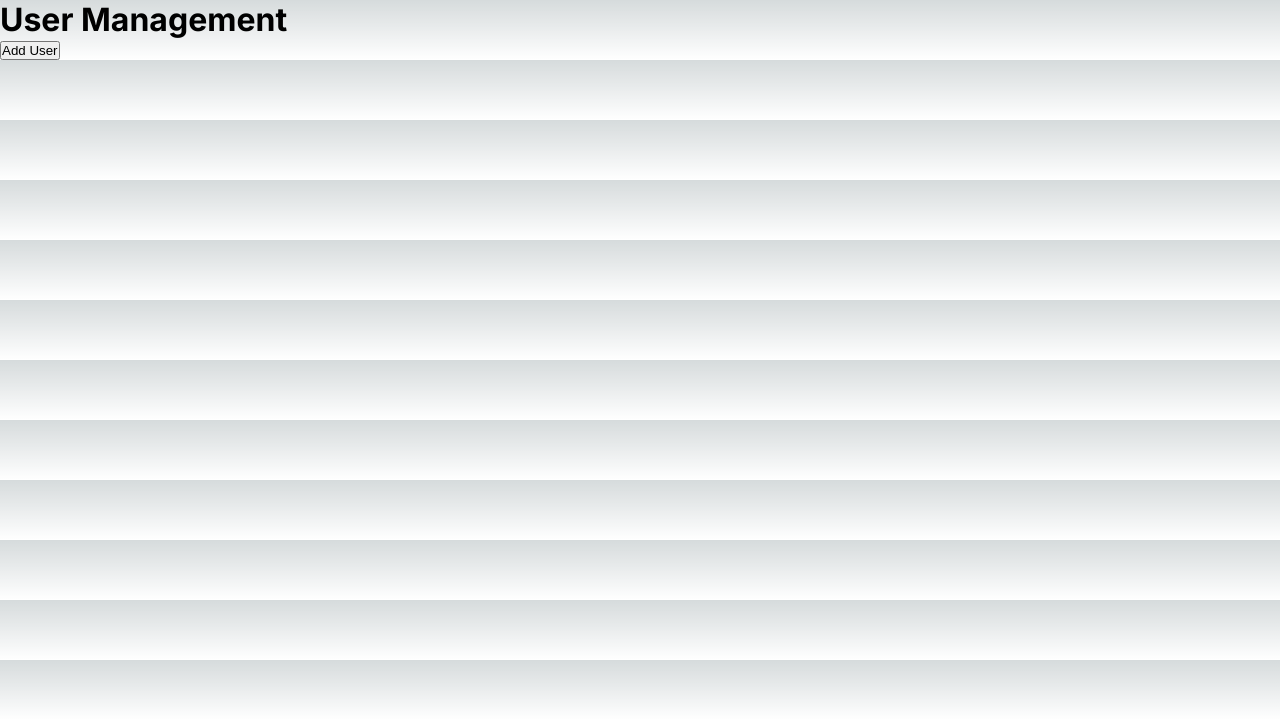
Repository: EeeeeEyyyy/crud-proj
Page: /
An editor plug-in stored every save of this project. The page is shown before and after the next save, followed by the edit.
The browser window is 1280 px wide. The pictures show the whole page.
The page's requests for data from a server got no answer. The project was rebuilt for these pictures with package versions that can differ from the ones it lists, and the page was loaded fresh each time. The framework's server and built-in components were replaced by stand-ins that run in the browser. No one was signed in, and anything a server would have sent is missing. Also part of the build but not shown: next.config.mjs.

Above is the page before, as saved 2024-06-24 14:29:42.

### src/app/page.js
"use client";

import React, { useEffect, useState } from 'react';
import axios from 'axios';

const Page = () => {
  const [users, setUsers] = useState([]);
  const [isCreateModalOpen, setCreateModalOpen] = useState(false);
  const [isUpdateModalOpen, setUpdateModalOpen] = useState(false);
  const [isDeleteModalOpen, setDeleteModalOpen] = useState(false);
  const [selectedUser, setSelectedUser] = useState(null);
  const [newUser, setNewUser] = useState({ name: '', email: '' });

  useEffect(() => {
    fetchUsers();
  }, []);

  const fetchUsers = async () => {
    try {
      const response = await axios.get('https://jsonplaceholder.typicode.com/users');
      setUsers(response.data);
    } catch (error) {
      console.error('Error fetching users:', error);
    }
  };

  const addUser = async () => {
    try {
      const response = await axios.post('https://jsonplaceholder.typicode.com/users', newUser);
      setUsers([...users, response.data]);
      setCreateModalOpen(false);
    } catch (error) {
      console.error('Error adding user:', error);
    }
  };

  const updateUser = async (id) => {
    try {
      const response = await axios.put(`https://jsonplaceholder.typicode.com/users/${id}`, selectedUser);
      setUsers(users.map((user) => (user.id === id ? response.data : user)));
      setUpdateModalOpen(false);
    } catch (error) {
      console.error('Error updating user:', error);
    }
  };

  const deleteUser = async (id) => {
    try {
      await axios.delete(`https://jsonplaceholder.typicode.com/users/${id}`);
      setUsers(users.filter((user) => user.id !== id));
      setDeleteModalOpen(false);
    } catch (error) {
      console.error('Error deleting user:', error);
    }
  };

  const openCreateModal = () => {
    setNewUser({ name: '', email: '' });
    setCreateModalOpen(true);
  };

  const closeCreateModal = () => {
    setCreateModalOpen(false);
  };

  const openUpdateModal = (user) => {
    setSelectedUser(user);
    setUpdateModalOpen(true);
  };

  const closeUpdateModal = () => {
    setSelectedUser(null);
    setUpdateModalOpen(false);
  };

  const openDeleteModal = (user) => {
    setSelectedUser(user);
    setDeleteModalOpen(true);
  };

  const closeDeleteModal = () => {
    setSelectedUser(null);
    setDeleteModalOpen(false);
  };

  return (
    <div className="container">
      <h1>User Management</h1>
      <button onClick={openCreateModal} className="glassButton">Add User</button>
      <ul>
        {users.map((user) => (
          <li key={user.id}>
            {user.name} - {user.email}
            <button onClick={() => openUpdateModal(user)} className="glassButton">Update</button>
            <button onClick={() => openDeleteModal(user)} className="glassButton">Delete</button>
          </li>
        ))}
      </ul>

      {isCreateModalOpen && (
        <div className="modalOverlay">
          <div className="modal">
            <h2>Add User</h2>
            <input
              type="text"
              placeholder="Name"
              value={newUser.name}
              onChange={(e) => setNewUser({ ...newUser, name: e.target.value })}
            />
            <input
              type="email"
              placeholder="Email"
              value={newUser.email}
              onChange={(e) => setNewUser({ ...newUser, email: e.target.value })}
            />
            <button onClick={addUser} className="glassButton">Add</button>
            <button onClick={closeCreateModal} className="closeButton">Close</button>
          </div>
        </div>
      )}

      {isUpdateModalOpen && selectedUser && (
        <div className="modalOverlay">
          <div className="modal">
            <h2>Update User</h2>
            <input
              type="text"
              placeholder="Name"
              value={selectedUser.name}
              onChange={(e) => setSelectedUser({ ...selectedUser, name: e.target.value })}
            />
            <input
              type="email"
              placeholder="Email"
              value={selectedUser.email}
              onChange={(e) => setSelectedUser({ ...selectedUser, email: e.target.value })}
            />
            <button onClick={() => updateUser(selectedUser.id)} className="glassButton">Update</button>
            <button onClick={closeUpdateModal} className="closeButton">Close</button>
          </div>
        </div>
      )}

      {isDeleteModalOpen && selectedUser && (
        <div className="modalOverlay">
          <div className="modal">
            <h2>Are you sure you want to delete {selectedUser.name}?</h2>
            <button onClick={() => deleteUser(selectedUser.id)} className="glassButton">Yes</button>
            <button onClick={closeDeleteModal} className="closeButton">No</button>
          </div>
        </div>
      )}
    </div>
  );
};

export default Page;

### src/app/globals.css
:root {
  --max-width: 1100px;
  --border-radius: 12px;
  --font-mono: ui-monospace, Menlo, Monaco, "Cascadia Mono", "Segoe UI Mono",
    "Roboto Mono", "Oxygen Mono", "Ubuntu Monospace", "Source Code Pro",
    "Fira Mono", "Droid Sans Mono", "Courier New", monospace;

  --foreground-rgb: 0, 0, 0;
  --background-start-rgb: 214, 219, 220;
  --background-end-rgb: 255, 255, 255;

  --primary-glow: conic-gradient(
    from 180deg at 50% 50%,
    #16abff33 0deg,
    #0885ff33 55deg,
    #54d6ff33 120deg,
    #0071ff33 160deg,
    transparent 360deg
  );
  --secondary-glow: radial-gradient(
    rgba(255, 255, 255, 1),
    rgba(255, 255, 255, 0)
  );

  --tile-start-rgb: 239, 245, 249;
  --tile-end-rgb: 228, 232, 233;
  --tile-border: conic-gradient(
    #00000080,
    #00000040,
    #00000030,
    #00000020,
    #00000010,
    #00000010,
    #00000080
  );

  --callout-rgb: 238, 240, 241;
  --callout-border-rgb: 172, 175, 176;
  --card-rgb: 180, 185, 188;
  --card-border-rgb: 131, 134, 135;
}

@media (prefers-color-scheme: dark) {
  :root {
    --foreground-rgb: 255, 255, 255;
    --background-start-rgb: 0, 0, 0;
    --background-end-rgb: 0, 0, 0;

    --primary-glow: radial-gradient(rgba(1, 65, 255, 0.4), rgba(1, 65, 255, 0));
    --secondary-glow: linear-gradient(
      to bottom right,
      rgba(1, 65, 255, 0),
      rgba(1, 65, 255, 0),
      rgba(1, 65, 255, 0.3)
    );

    --tile-start-rgb: 2, 13, 46;
    --tile-end-rgb: 2, 5, 19;
    --tile-border: conic-gradient(
      #ffffff80,
      #ffffff40,
      #ffffff30,
      #ffffff20,
      #ffffff10,
      #ffffff10,
      #ffffff80
    );

    --callout-rgb: 20, 20, 20;
    --callout-border-rgb: 108, 108, 108;
    --card-rgb: 100, 100, 100;
    --card-border-rgb: 200, 200, 200;
  }
}

* {
  box-sizing: border-box;
  padding: 0;
  margin: 0;
}

html,
body {
  max-width: 100vw;
  overflow-x: hidden;
}

body {
  color: rgb(var(--foreground-rgb));
  background: linear-gradient(
      to bottom,
      transparent,
      rgb(var(--background-end-rgb))
    )
    rgb(var(--background-start-rgb));
}

a {
  color: inherit;
  text-decoration: none;
}

@media (prefers-color-scheme: dark) {
  html {
    color-scheme: dark;
  }
}
.main {
  display: flex;
  flex-direction: column;
  justify-content: space-between;
  align-items: center;
  padding: 6rem;
  min-height: 100vh;
}

.description {
  display: inherit;
  justify-content: inherit;
  align-items: inherit;
  font-size: 0.85rem;
  max-width: var(--max-width);
  width: 100%;
  z-index: 2;
  font-family: var(--font-mono);
}

.description a {
  display: flex;
  justify-content: center;
  align-items: center;
  gap: 0.5rem;
}

.description p {
  position: relative;
  margin: 0;
  padding: 1rem;
  background-color: rgba(var(--callout-rgb), 0.5);
  border: 1px solid rgba(var(--callout-border-rgb), 0.3);
  border-radius: var(--border-radius);
}

.code {
  font-weight: 700;
  font-family: var(--font-mono);
}

.grid {
  display: grid;
  grid-template-columns: repeat(4, minmax(25%, auto));
  max-width: 100%;
  width: var(--max-width);
}

.card {
  padding: 1rem 1.2rem;
  border-radius: var(--border-radius);
  background: rgba(var(--card-rgb), 0);
  border: 1px solid rgba(var(--card-border-rgb), 0);
  transition: background 200ms, border 200ms;
}

.card span {
  display: inline-block;
  transition: transform 200ms;
}

.card h2 {
  font-weight: 600;
  margin-bottom: 0.7rem;
}

.card p {
  margin: 0;
  opacity: 0.6;
  font-size: 0.9rem;
  line-height: 1.5;
  max-width: 30ch;
  text-wrap: balance;
}

.center {
  display: flex;
  justify-content: center;
  align-items: center;
  position: relative;
  padding: 4rem 0;
}

.center::before {
  background: var(--secondary-glow);
  border-radius: 50%;
  width: 480px;
  height: 360px;
  margin-left: -400px;
}

.center::after {
  background: var(--primary-glow);
  width: 240px;
  height: 180px;
  z-index: -1;
}

.center::before,
.center::after {
  content: "";
  left: 50%;
  position: absolute;
  filter: blur(45px);
  transform: translateZ(0);
}

.logo {
  position: relative;
}
/* Enable hover only on non-touch devices */
@media (hover: hover) and (pointer: fine) {
  .card:hover {
    background: rgba(var(--card-rgb), 0.1);
    border: 1px solid rgba(var(--card-border-rgb), 0.15);
  }

  .card:hover span {
    transform: translateX(4px);
  }
}

@media (prefers-reduced-motion) {
  .card:hover span {
    transform: none;
  }
}

/* Mobile */
@media (max-width: 700px) {
  .content {
    padding: 4rem;
  }

  .grid {
    grid-template-columns: 1fr;
    margin-bottom: 120px;
    max-width: 320px;
    text-align: center;
  }

  .card {
    padding: 1rem 2.5rem;
  }

  .card h2 {
    margin-bottom: 0.5rem;
  }

  .center {
    padding: 8rem 0 6rem;
  }

  .center::before {
    transform: none;
    height: 300px;
  }

  .description {
    font-size: 0.8rem;
  }

  .description a {
    padding: 1rem;
  }

  .description p,
  .description div {
    display: flex;
    justify-content: center;
    position: fixed;
    width: 100%;
  }

  .description p {
    align-items: center;
    inset: 0 0 auto;
    padding: 2rem 1rem 1.4rem;
    border-radius: 0;
    border: none;
    border-bottom: 1px solid rgba(var(--callout-border-rgb), 0.25);
    background: linear-gradient(
      to bottom,
      rgba(var(--background-start-rgb), 1),
      rgba(var(--callout-rgb), 0.5)
    );
    background-clip: padding-box;
    backdrop-filter: blur(24px);
  }

  .description div {
    align-items: flex-end;
    pointer-events: none;
    inset: auto 0 0;
    padding: 2rem;
    height: 200px;
    background: linear-gradient(
      to bottom,
      transparent 0%,
      rgb(var(--background-end-rgb)) 40%
    );
    z-index: 1;
  }
}

/* Tablet and Smaller Desktop */
@media (min-width: 701px) and (max-width: 1120px) {
  .grid {
    grid-template-columns: repeat(2, 50%);
  }
}

@media (prefers-color-scheme: dark) {
  .vercelLogo {
    filter: invert(1);
  }

  .logo {
    filter: invert(1) drop-shadow(0 0 0.3rem #ffffff70);
  }
}

@keyframes rotate {
  from {
    transform: rotate(360deg);
  }
  to {
    transform: rotate(0deg);
  }
}

Loaded but not shown: src/app/layout.js (common file)

After the next save:
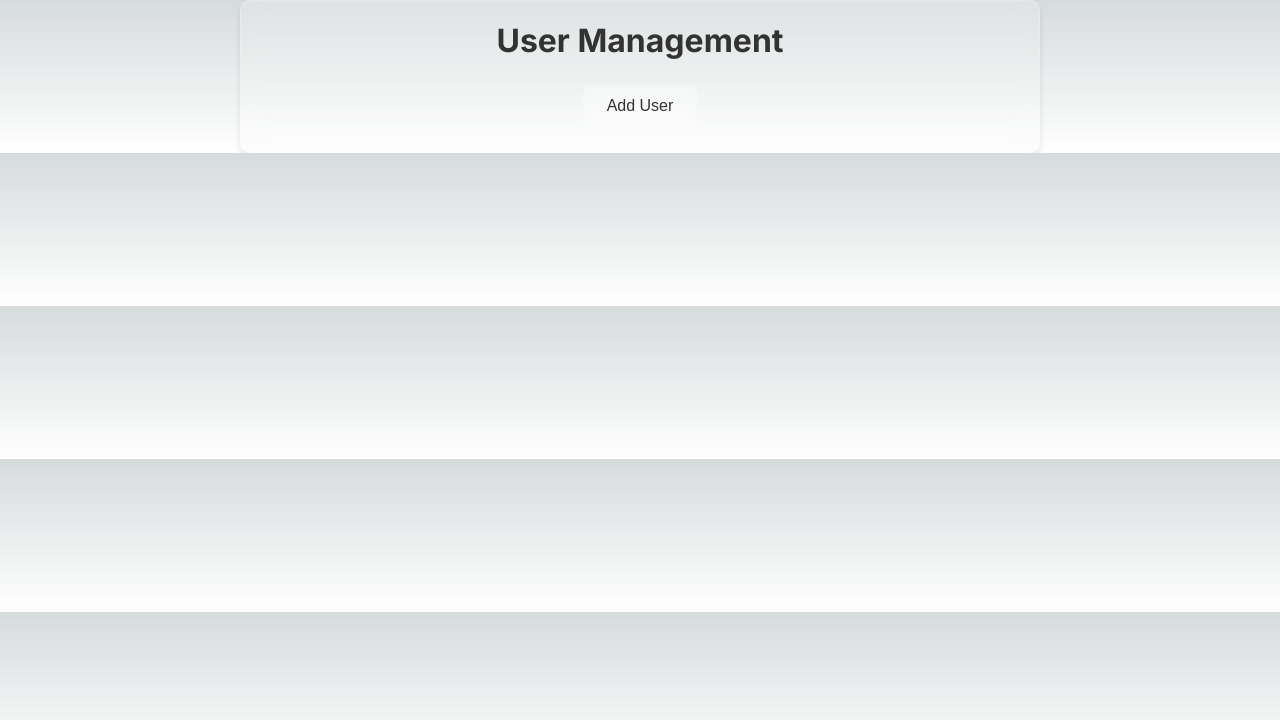
Saved 19 s later.
--- a/src/app/globals.css
+++ b/src/app/globals.css
@@ -335,3 +335,109 @@ a {
     transform: rotate(0deg);
   }
 }
+/* General Styles */
+.container {
+  max-width: 800px;
+  margin: 0 auto;
+  padding: 20px;
+  background: rgba(255, 255, 255, 0.2);
+  border: 1px solid rgba(255, 255, 255, 0.18);
+  border-radius: 10px;
+  backdrop-filter: blur(10px);
+  box-shadow: 0 4px 6px rgba(0, 0, 0, 0.1);
+  text-align: center;
+}
+
+h1 {
+  font-size: 2em;
+  margin-bottom: 20px;
+  color: #333;
+}
+
+/* Glass Button Styles */
+.glassButton {
+  background: rgba(255, 255, 255, 0.2);
+  border: none;
+  padding: 12px 24px;
+  font-size: 16px;
+  color: #333;
+  cursor: pointer;
+  outline: none;
+  transition: background-color 0.3s ease, transform 0.3s ease;
+  backdrop-filter: blur(5px);
+  border-radius: 8px;
+  margin: 5px;
+}
+
+.glassButton:hover {
+  background: rgba(255, 255, 255, 0.3);
+  transform: scale(1.05);
+}
+
+/* Modal Styles */
+.modalOverlay {
+  position: fixed;
+  top: 0;
+  left: 0;
+  right: 0;
+  bottom: 0;
+  background-color: rgba(0, 0, 0, 0.5);
+  display: flex;
+  justify-content: center;
+  align-items: center;
+  z-index: 1000;
+}
+
+.modal {
+  background: rgba(255, 255, 255, 0.8);
+  padding: 20px;
+  border-radius: 8px;
+  width: 400px;
+  max-width: 90%;
+  box-shadow: 0 4px 6px rgba(0, 0, 0, 0.1);
+  backdrop-filter: blur(10px);
+  position: relative;
+}
+
+.closeButton {
+  background: rgba(255, 255, 255, 0.5);
+  padding: 8px;
+  border-radius: 50%;
+  border: none;
+  font-size: 20px;
+  cursor: pointer;
+  position: absolute;
+  top: 10px;
+  right: 10px;
+  transition: background-color 0.3s ease;
+}
+
+.closeButton:hover {
+  background: rgba(255, 255, 255, 0.8);
+}
+
+/* List Styles */
+ul {
+  list-style-type: none;
+  padding: 0;
+}
+
+li {
+  display: flex;
+  justify-content: space-between;
+  align-items: center;
+  padding: 10px;
+  border-bottom: 1px solid rgba(0, 0, 0, 0.1);
+  color: #333;
+}
+
+/* Input Styles */
+input {
+  display: block;
+  width: calc(100% - 20px);
+  margin: 10px 0;
+  padding: 10px;
+  border: 1px solid rgba(0, 0, 0, 0.1);
+  border-radius: 4px;
+  font-size: 16px;
+}
